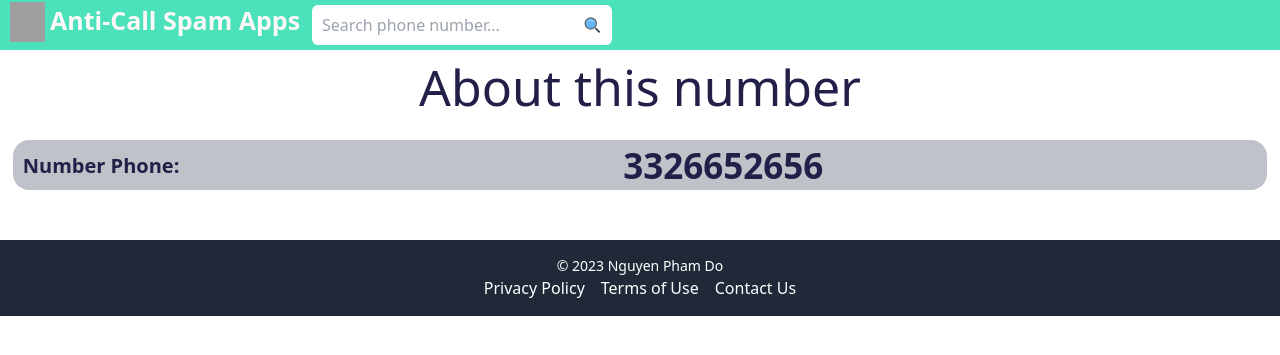
Repository: NPham1402/Web-user-callSpamBlocker
Page: /detail
These files come from the project's save history. The page is drawn as it stood at one moment and after the next save; the edit follows.
The browser window is 1280 px wide. The pictures show the whole page.
Pictures or frames that could not be fetched are drawn as grey boxes. The page's requests for data from a server got no answer. The project was rebuilt for these pictures with package versions that can differ from the ones it lists, and the page was loaded fresh each time. The framework's server and built-in components were replaced by stand-ins that run in the browser. No one was signed in, and anything a server would have sent is missing. Also part of the build but not shown: next.config.js.

Above is the page before, as saved 2023-02-13 15:53:39.

After the next save:
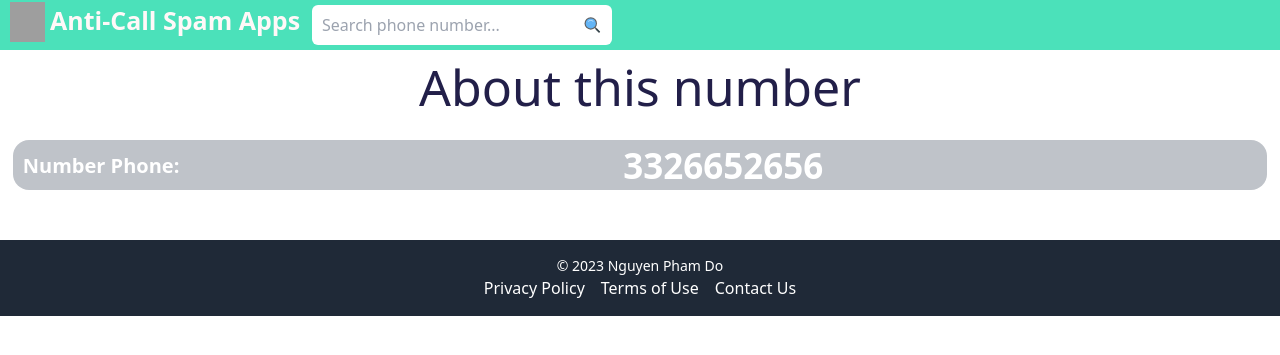
Saved 36 s later.
--- a/pages/detail.js
+++ b/pages/detail.js
@@ -41,7 +41,7 @@ function detail() {
         <p className=" font-medium text-[50px] text-center text-[#221f49] ">
           About this number
         </p>
-        <div className="w-[98%] my-[15px] rounded-[16px]  text-[#221f49]  mx-auto h-[50px] bg-[#bfc3c9]">
+        <div className="w-[98%] my-[15px] rounded-[16px]  text-[white]  mx-auto h-[50px] bg-[#bfc3c9]">
           <MiniCompoent
             types="line"
             headerLine="Number Phone:"
